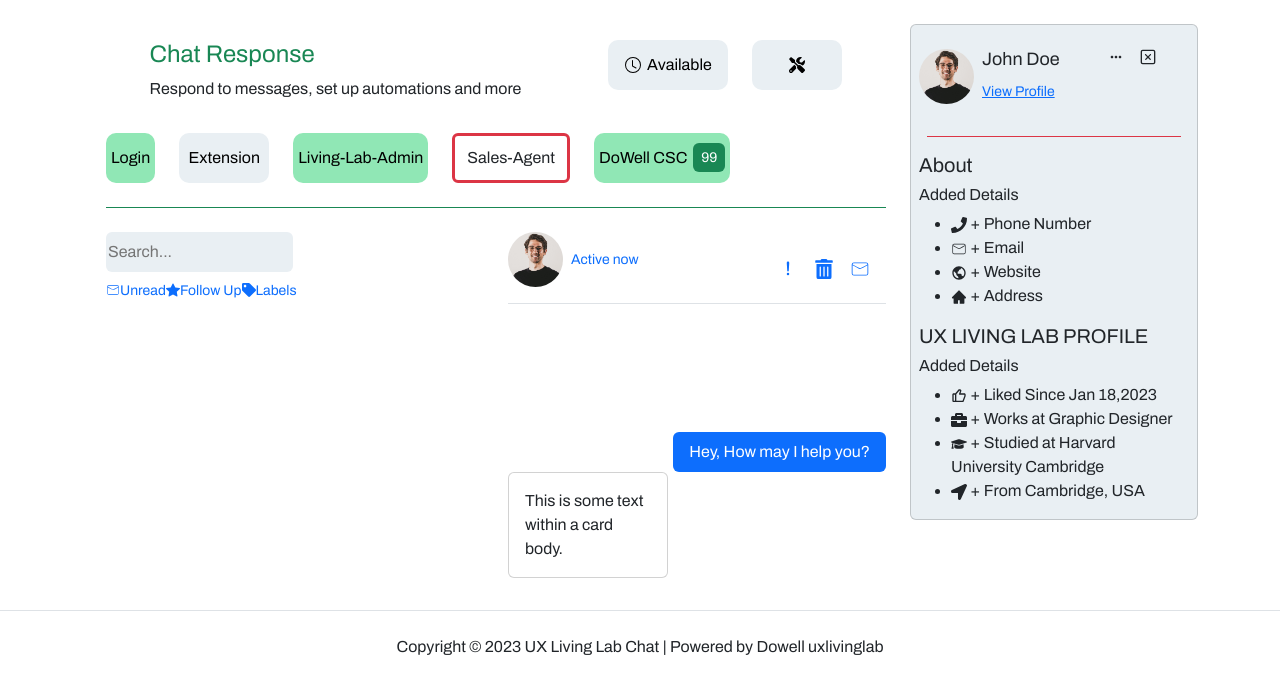
Repository: uh-sman/UX-Living-Lab-Chat
Page: /
An editor plug-in stored every save of this project. The page is shown before and after the next save, followed by the edit.
The browser window is 1280 px wide. The pictures show the whole page.
The project was rebuilt for these pictures with package versions that can differ from the ones it lists, and the page was loaded fresh each time.

Above is the page before, as saved 2023-05-10 19:05:59.

After the next save:
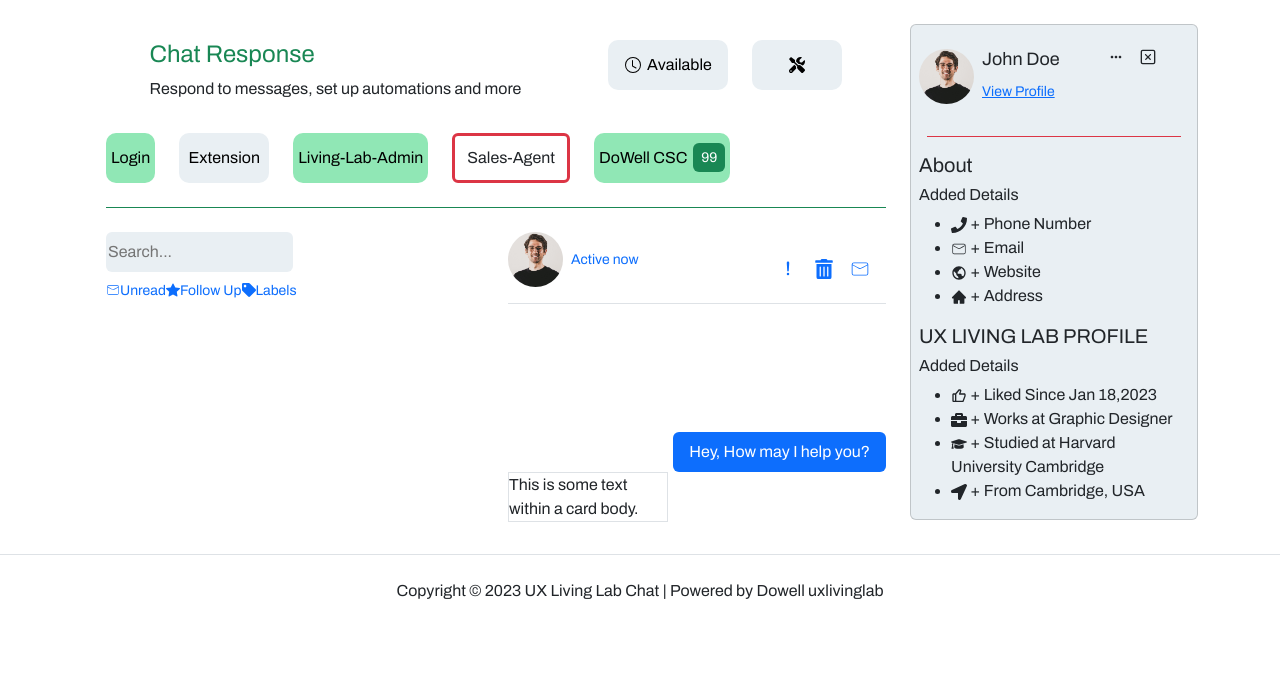
Saved 25 s later.
--- a/src/container/Chats/message/ReplyChat.jsx
+++ b/src/container/Chats/message/ReplyChat.jsx
@@ -3,7 +3,7 @@ import React from "react";
 const ReplyChat = () => {
   return (
     <div>
-      <div class="card" style={{ width: "10rem" }}>
+      <div class="border" style={{ width: "10rem" }}>
         <div class="card-body">This is some text within a card body.</div>
       </div>
     </div>
